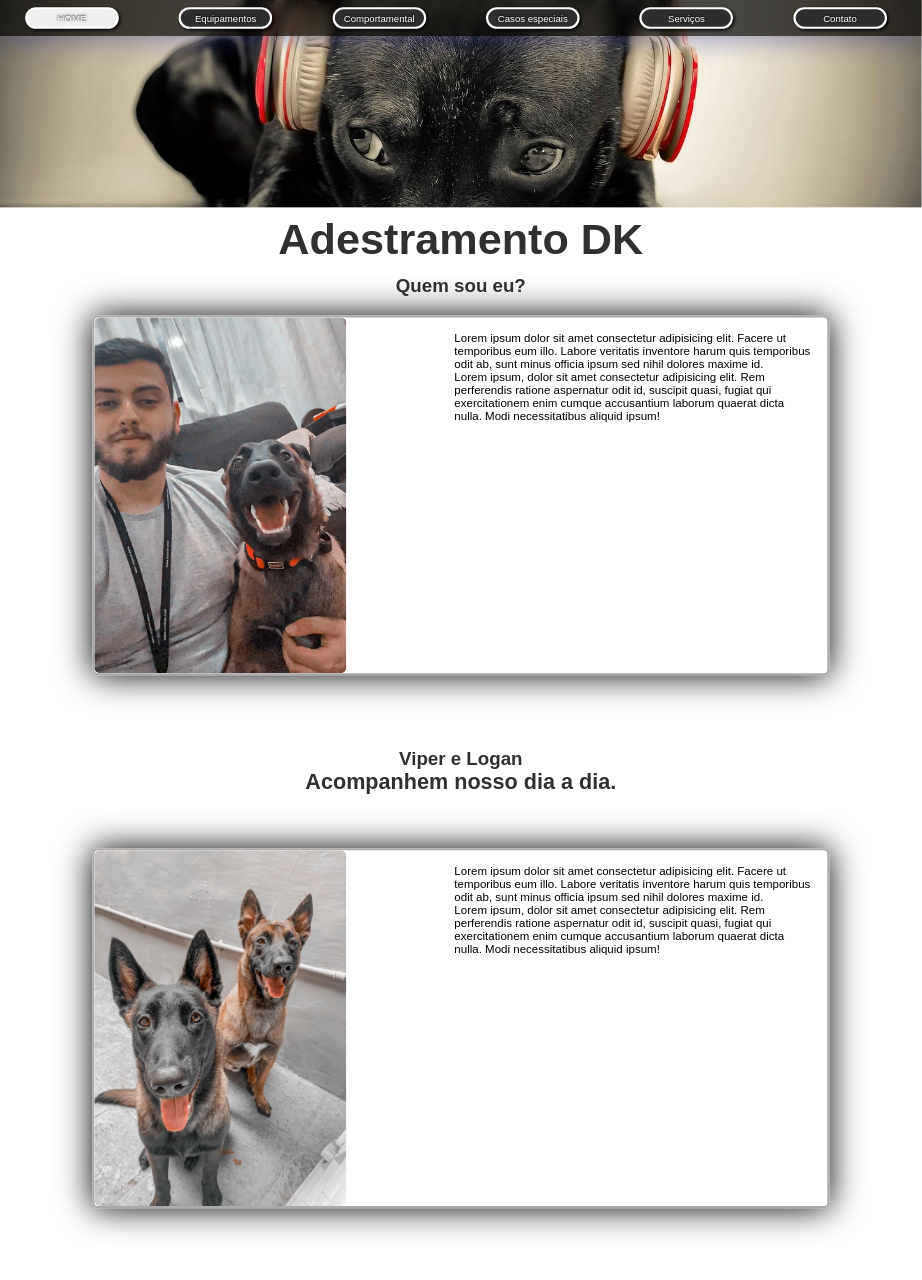
Repository: KevynMarques/Blog-React-StyledComponent
Page: /
An editor plug-in stored every save of this project. The page is shown before and after a run of saves, followed by the edit.
The browser window is 1280 px wide. The pictures show the whole page, at 72% of full size.
The project was rebuilt for these pictures with package versions that can differ from the ones it lists, and the page was loaded fresh each time. Also part of the build but not shown: src/Components/Equipamentos/style.jsx, src/Components/Equipamentos/index.jsx, src/Components/Comportamental/style.jsx, src/Components/Comportamental/index.jsx, src/Components/Clientes/style.jsx, src/Components/Clientes/index.jsx, src/Components/Serviços/index.jsx, src/Components/Contato/index.jsx.

Above is the page before, as saved 2022-02-11 12:55:06.

### src/App.js
import Home from './Components/Home';
import Sobre from './Components/Sobre/index';
import { useState, useEffect } from 'react';
import { GlobalStyle } from './GlobalStyle';
import Geral from './Components/Geral/index';

function App() {

  const [geral, setGeral]=useState(<Sobre />);

  return (
    <>
    <Home setGeral={setGeral} />
    <Geral geral={geral} />
    <GlobalStyle/>
   </>
  );
}

export default App;

### src/Components/Home/index.jsx
import React from "react"
import { Home,  HomeB, Equip, Comportamental, MeusCaes, Serviços, Contato } from "./Style"
import Equipamentos from "../Equipamentos/index"
import Sobre from '../Sobre/index'
import Comport  from '../Comportamental/index'
import Clientes from '../Clientes/index'
import Serv from "../Serviços"
import Cont from '../Contato/index'



export default (props) => {


  return (
   <>
    <Home>

       <HomeB
         corTeste="#4e14ee"
         onClick={() =>(props.setGeral(<Sobre />))}>
         <p>HOME</p>
       </HomeB>

       <Equip onClick={()=>(props.setGeral(<Equipamentos />))}>
        <p>Equipamentos</p>
       </Equip>

       <Comportamental onClick={() =>(props.setGeral(<Comport />))} >
         <p>Comportamental</p>
       </Comportamental>

       <MeusCaes onClick={() =>(props.setGeral(<Clientes />))} >
         <p>Casos especiais</p>
       </MeusCaes>

       <Serviços onClick={() =>(props.setGeral(<Serv />))}>
         <p>Serviços</p>
       </Serviços>

       <Contato onClick={() =>(props.setGeral(<Cont />))}>
         <p>Contato</p>
      </Contato>

    </Home>
    </>
  );
}

### src/Components/Sobre/index.jsx
import { Sobre, Tittle, Dogs, Baner} from "./style"
import Foto from '../Image/foto.png'
import LV from '../Image/LV.jpg';
import Dog from '../Image/Dog.png'

export default () => {
  return (
<>
     <Baner>
       <img src={Dog} />
     </Baner>

   <Tittle>
    <h1>Adestramento DK</h1>
      <h2>Quem sou eu?</h2>
    </Tittle>


  <Sobre>
    <section>
    <p>Lorem ipsum dolor sit amet consectetur adipisicing elit. Facere ut temporibus eum illo. Labore veritatis inventore harum quis temporibus odit ab, sunt minus officia ipsum sed nihil dolores maxime id.
      <br></br>
    Lorem ipsum, dolor sit amet consectetur adipisicing elit. Rem perferendis ratione aspernatur odit id, suscipit quasi, fugiat qui exercitationem enim cumque accusantium laborum quaerat dicta nulla. Modi necessitatibus aliquid ipsum!
    </p>
       <div>
        <img src={Foto} />
       </div>
    </section>
  </Sobre>


  <Tittle>
      <h2>Viper e Logan</h2>
      <p>Acompanhem nosso dia a dia.</p>
    </Tittle>

<Dogs>
<section>
    <p>Lorem ipsum dolor sit amet consectetur adipisicing elit. Facere ut temporibus eum illo. Labore veritatis inventore harum quis temporibus odit ab, sunt minus officia ipsum sed nihil dolores maxime id.
      <br></br>
    Lorem ipsum, dolor sit amet consectetur adipisicing elit. Rem perferendis ratione aspernatur odit id, suscipit quasi, fugiat qui exercitationem enim cumque accusantium laborum quaerat dicta nulla. Modi necessitatibus aliquid ipsum!
    </p>
       <div>
        <img src={LV} />
       </div>
    </section>
</Dogs>

</>

  );
}

### src/GlobalStyle.js
import { createGlobalStyle } from 'styled-components';
import styled from 'styled-components';

 export const GlobalStyle = createGlobalStyle`
  * {
    margin: 0;
    padding: 0;
    box-sizing: border-box;

  }
`;

### src/Components/Geral/index.jsx
import React from "react"

export default (props) => {

  return (

    <>
    {props.geral}
    </>

  );

}

### src/Components/Home/Style.jsx
import styled from "styled-components";


export const  Home  = styled.div `
     width: 100vw;
     height: 50px;
     margin: 0;
     position: fixed;
     z-index: 99999;
     background: rgba( 0, 0, 0, 0.7 );
     box-shadow: 0 8px 32px 0 rgba( 31, 38, 135, 0.37 );
     backdrop-filter: blur( 7.5px );
     -webkit-backdrop-filter: blur( 7.5px );
     color:white;
     display: flex;
     align-items: center;
     justify-content: center;
`;

export const HomeB = styled.button `

font-family: Arial, Helvetica, sans-serif;
font-style:normal;
color:#ffffff;
border:3px solid #ffffff;
text-shadow:0px -1px 3px #000000;
box-shadow:2px 2px 5px #000000;
-moz-box-shadow:2px 2px 5px #000000;
-webkit-box-shadow:2px 2px 5px #000000;
border-radius:25px 25px 25px 25px;
-moz-border-radius:25px 25px 25px 25px;
-webkit-border-radius:25px 25px 25px 25px;
width:130px;
height: 30px;

&:hover {
  background-color: black;
}

cursor:pointer;
margin:0 auto;
margin-left: 35px;

&:active {
  transform: scale(0.9);
}

`;


export const Equip = styled(HomeB) `

background:#2e2e2e;

`;

export const Comportamental = styled(HomeB) `

background:#2e2e2e;

`;


export const MeusCaes = styled(HomeB) `

background:#2e2e2e;

`;


export const Serviços = styled(HomeB) `

background:#2e2e2e;

`;

export const Contato = styled(HomeB) `

background:#2e2e2e;

`;

### src/Components/Sobre/style.jsx
import styled from "styled-components";

export const Baner= styled.div `
  width: 100%;
  height: 40vh;


    img {
    width: 100%;
    height: 100%;
    object-fit: cover;

    }
`;


export const Tittle = styled.h1`
@import url('https://fonts.googleapis.com/css2?family=Prompt:ital,wght@1,300&display=swap');
color: #312f2f;
font-size: 30px;
font-family: 'Prompt', sans-serif;
text-align: center;
height: 40px;
margin-top: 10px;

      h2 {
      font-size:26px ;
      margin-top: 15px;
      }
`;

export const  Sobre  = styled.section `
  height: 500px;
  border: solid 3px #aaaaaa;
  width: 80vw;
  margin: 100px  10%;
  border-radius: 8px;
  box-shadow: 0 0 3em Black;
  display: flex;


  div {
    width: 35%;
    height:494px;
    margin-top: -146px;
  }

  img {
    object-fit: cover;
    width: 100%;
    height: 100%;
    border-radius: 8px;
  }

p {
    width: 500px;
    margin-left: 500px;
    margin-top: 20px;
    font-size: 16px;
    font-family: Arial, Helvetica, sans-serif;
  }
`;



export const  Dogs  = styled(Sobre) `

`;

Loaded but not shown: public/index.html (common file); src/index.js (common file)

After the next 2 saves:
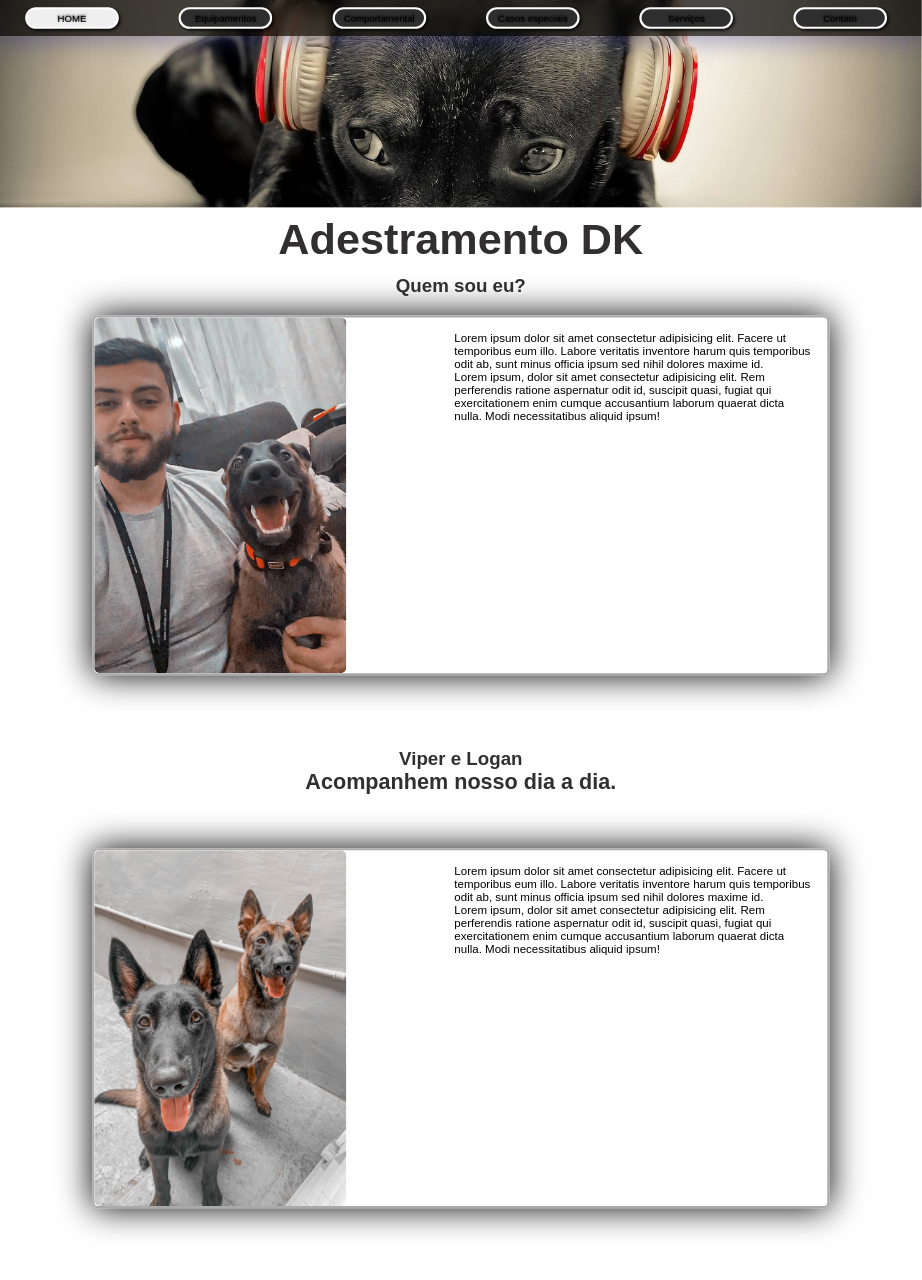
The 2 saves are shown as one change because they came seconds apart.
The last was saved 2 min 48 s later.
--- a/src/Components/Home/Style.jsx
+++ b/src/Components/Home/Style.jsx
@@ -21,6 +21,7 @@
 
 font-family: Arial, Helvetica, sans-serif;
 font-style:normal;
+backgroud:
 color:#ffffff;
 border:3px solid #ffffff;
 text-shadow:0px -1px 3px #000000;

After the save that followed:
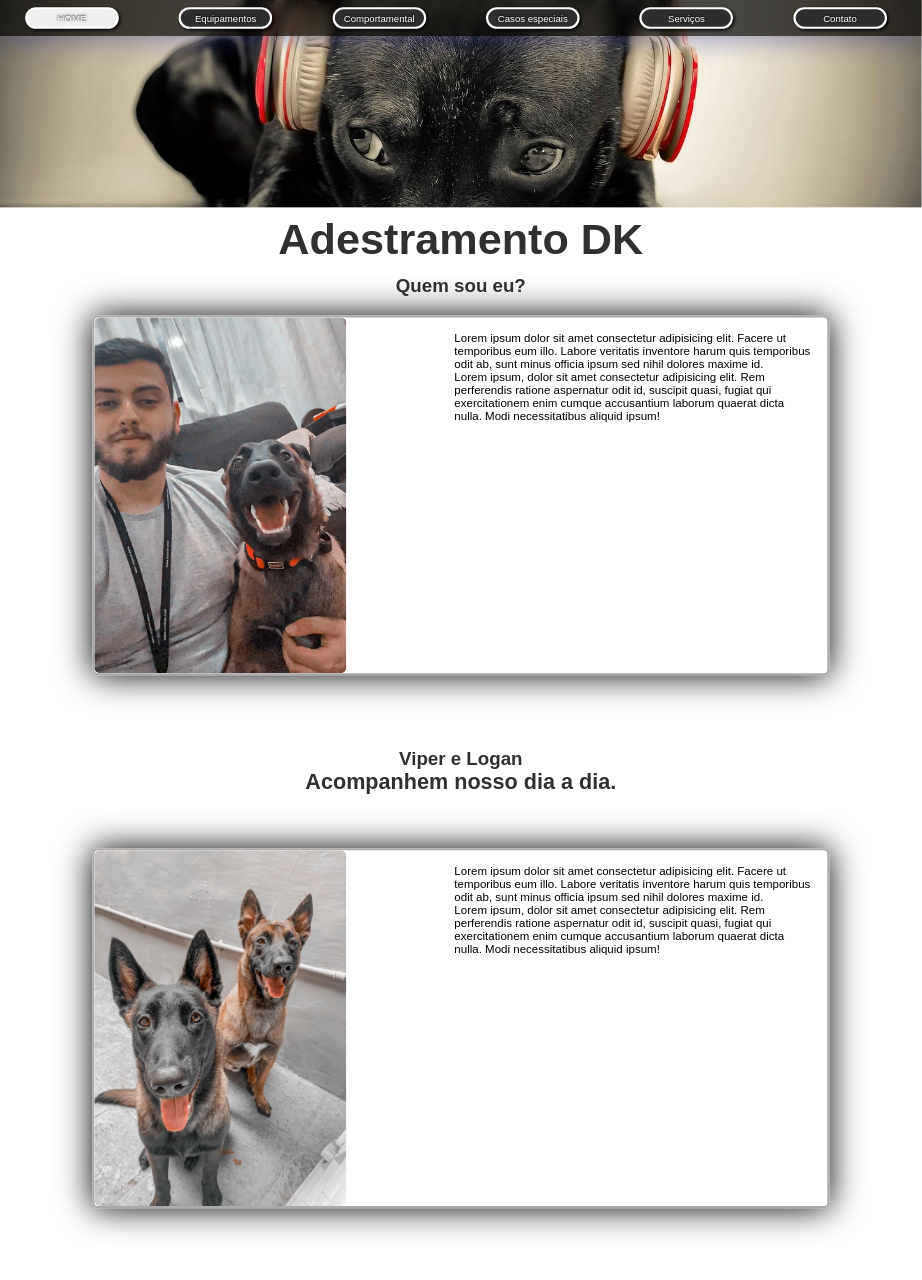
Saved 6 s later.
--- a/src/Components/Home/Style.jsx
+++ b/src/Components/Home/Style.jsx
@@ -21,7 +21,6 @@
 
 font-family: Arial, Helvetica, sans-serif;
 font-style:normal;
-backgroud:
 color:#ffffff;
 border:3px solid #ffffff;
 text-shadow:0px -1px 3px #000000;
